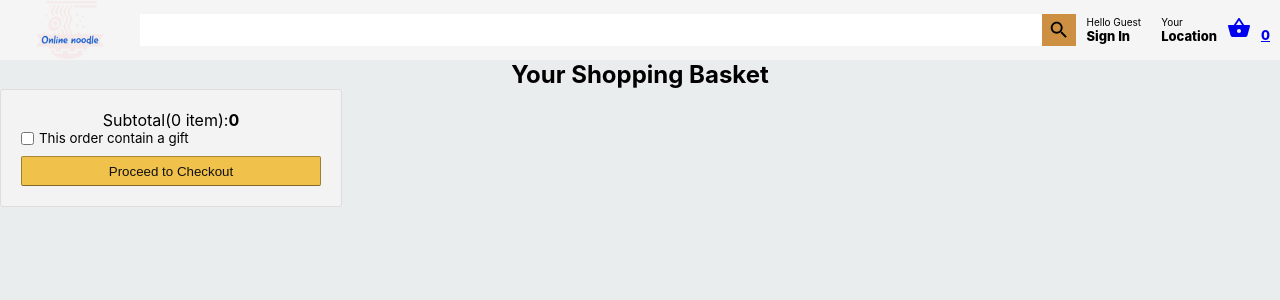
Repository: treenoise09/Noodleonline
Page: /checkout
An editor plug-in stored every save of this project. The page is shown before and after the next save, followed by the edit.
The browser window is 1280 px wide. The pictures show the whole page.
The project was rebuilt for these pictures with package versions that can differ from the ones it lists, and the page was loaded fresh each time. Also part of the build but not shown: src/Home.css, src/Noodle.css, src/Noodle.js, src/Home.js.

Above is the page before, as saved 2022-10-28 17:05:42.

After the next save:
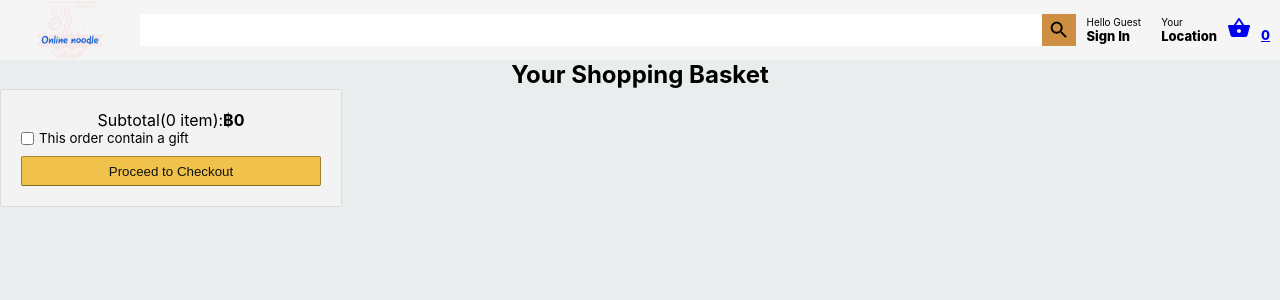
Saved 90 s later.
--- a/src/Subtotal.js
+++ b/src/Subtotal.js
@@ -2,6 +2,7 @@
 import "./Subtotal.css"
 import CurrencyFormat from "react-currency-format";
 import { useStateValue } from './stateprovider';
+import { getBasketTotal } from './reducer';
 function Subtotal() {
   const [{basket},dispatch] = useStateValue();
 
@@ -11,7 +12,7 @@
 renderText={(value) => (
 <>
     <p>
-        Subtotal({basket.length} item):<strong>0</strong>
+        Subtotal({basket.length} item):<strong>{value}</strong>
         </p>
         <small className='subtotal_gift'>
             <input type="checkbox"/>This order contain a gift
@@ -19,7 +20,7 @@
         </>
 )}
 decimalScale={2}
-value={0}
+value={getBasketTotal(basket)}
 displayType={"text"}
 thousandSeparator={true}
 prefix="฿"
